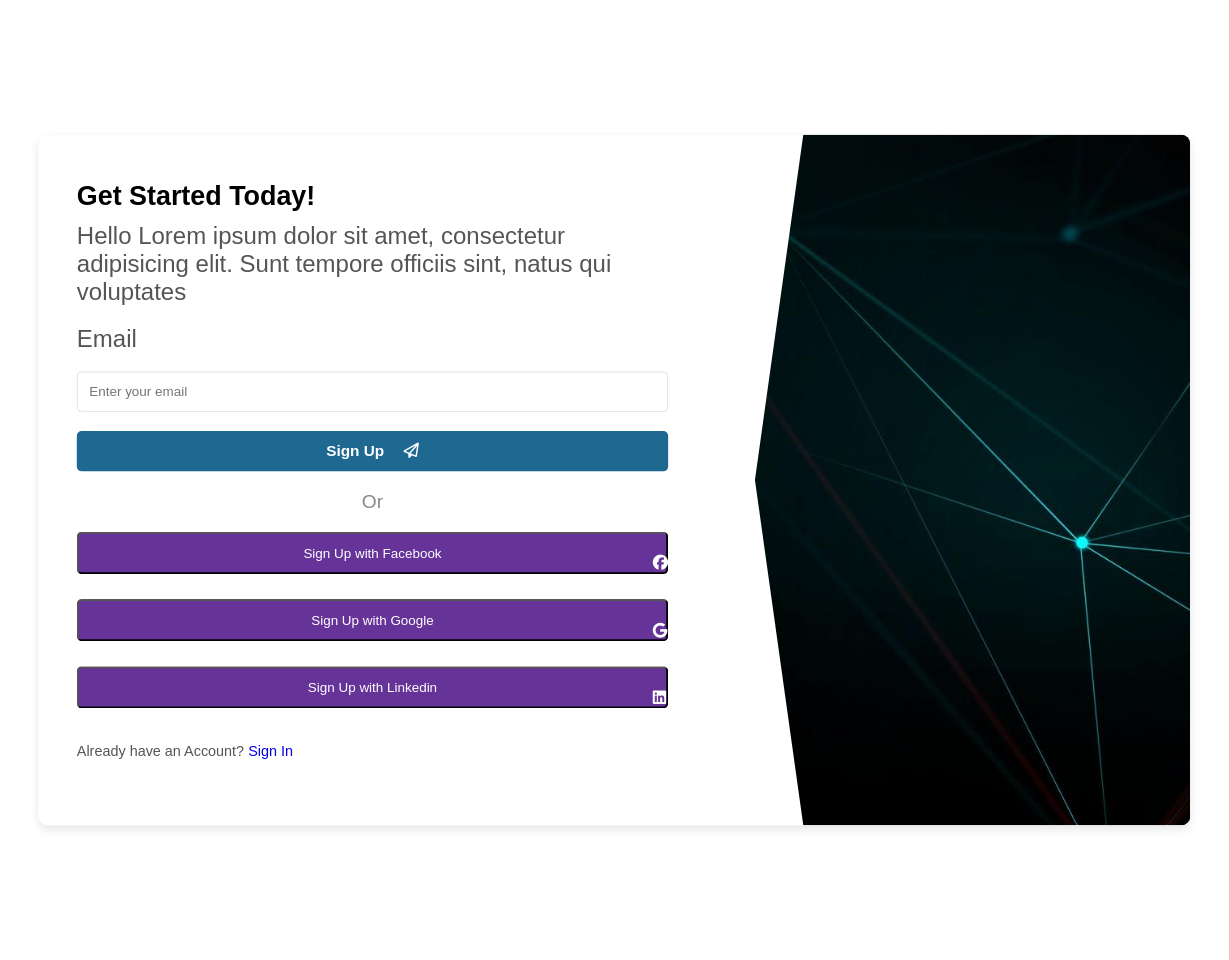
Repository: Femi007-gh/Login-V2
Page: index.html
These files come from the project's save history. The page is drawn as it stood at one moment and after the next save; the edit follows.
The browser window is 1280 px wide. The pictures show the whole page, at 96% of full size.

Above is the page before, as saved 2025-01-27 15:29:29.

### index.html
<html>
    <head>
        <title>Login-interface</title>
  <link rel="stylesheet" href="style.css">
  <link rel="stylesheet" href="https://cdnjs.cloudflare.com/ajax/libs/font-awesome/6.5.0/css/all.min.css">
    </head>
    <body>
        <div class="container">
            <div class="left-session">
                <div class="form-container">
                    <h1>Get Started Today!</h1>
                    <p> Hello Lorem ipsum dolor sit amet, consectetur adipisicing elit. Sunt tempore officiis sint, natus qui voluptates </p>
                    <form>
                        <div class="input-group">
                            <p>Email</p>
                            <input type="email" id="email" placeholder="Enter your email" required>
                        </div>
                        <button class="primary-btn" type="submit">Sign Up<i class="fa-regular fa-paper-plane"></i></button>
                    </form>
                    <p class="divider">Or</p>
                    <div class="social-buttons">
                        <button class="social-btn facebook-btn">
                            Sign Up with Facebook
                        </button>
                        <i class="fa-brands fa-facebook"></i>
                        <button class="social-btn google-btn">
                            Sign Up with Google
                        </button>
                        <i class="fa-brands fa-google"></i>
                        <button class="social-btn Linkedin-btn">
                            Sign Up with Linkedin
                        </button>
                        <i class="fa-brands fa-linkedin"></i>
                    </div>
                    <p class="signin-text">Already have an Account? <a href="#">Sign In</a></p>
                </div>
            </div>
            <div class="right-section"></div>
        </div>
    </body>
</html>

### style.css
* {
   padding: 0;
   margin: 0;
   box-sizing: border-box;
}

body {
    font-family: sans-serif;
    background-color: #fff;
    display: flex;
    justify-content: center;
    align-items: center;
    height: 1000px;
}

.container {
  display: flex;
  max-width: 1200px;
  width: 100%;
  background-color: #fff;
  border-radius: 10px;
  overflow: hidden;
  box-shadow: 0 4px 10px rgba(0, 0, 0, 0.1);
}

.left-session {
  flex: 1;
  padding: 40px;
  display: flex;
  justify-content: center;
  align-items: center;
}

h1 {
  font-size: 28px;
  font-weight: bold;
  margin-bottom: 10px;
}

p {
  font-size: 14px;
  color: #555;
  margin-bottom: 20px;
}

.input-group {
  margin-bottom: 20px;
}

.input-group input {
  width: 100%;
  padding: 12px;
  font-size: 14px;
  border: 1px solid #dddd;
  border-radius: 5px;
}

.primary-btn {
  width: 100%;
  padding: 12px;
  background-color: #1F6891;
  color: white;
  border: none;
  border-radius: 5px;
  font-size: 16px;
  font-weight: bold;
  cursor: pointer;
}

.primary-btn:hover {
  background-color: #005a8c;
}

.divider {
  font-size: 20px;
  color: #888;
  margin: 20px 0;
  text-align: center;
}

.social-buttons {
  display: flex;
  flex-direction: column;
  gap: 10px;
}

.social-btn {
  width: 100%;
  padding: 12px;
  font-size: 14px;
  border-radius: 5px;
  color: white;
  display: flex;
  align-items: center;
  justify-content: center;
  background-color: rebeccapurple;
}

.signin-text {
  font-size: 15px;
  margin-top: 20px;
}

.signin-text a {
  text-decoration: none;
}

.right-section {
  flex: 1;
  background: url(ART.jpg) no-repeat center center/cover;
  clip-path: polygon(20% 0%, 100% 0%, 100% 100%, 20% 100%, 10% 50%);
  height: 100vh; /* Adjust height as needed */
}

.fa-brands {
  margin-left: 600px;
  margin-top: -30px;
  margin-bottom: 20px;
  color: white;
}

.fa-regular {
  margin-left: 20px;
}

p {
  font-size: 25px;
}

.signin-text {
  font-size:
}

After the next save:
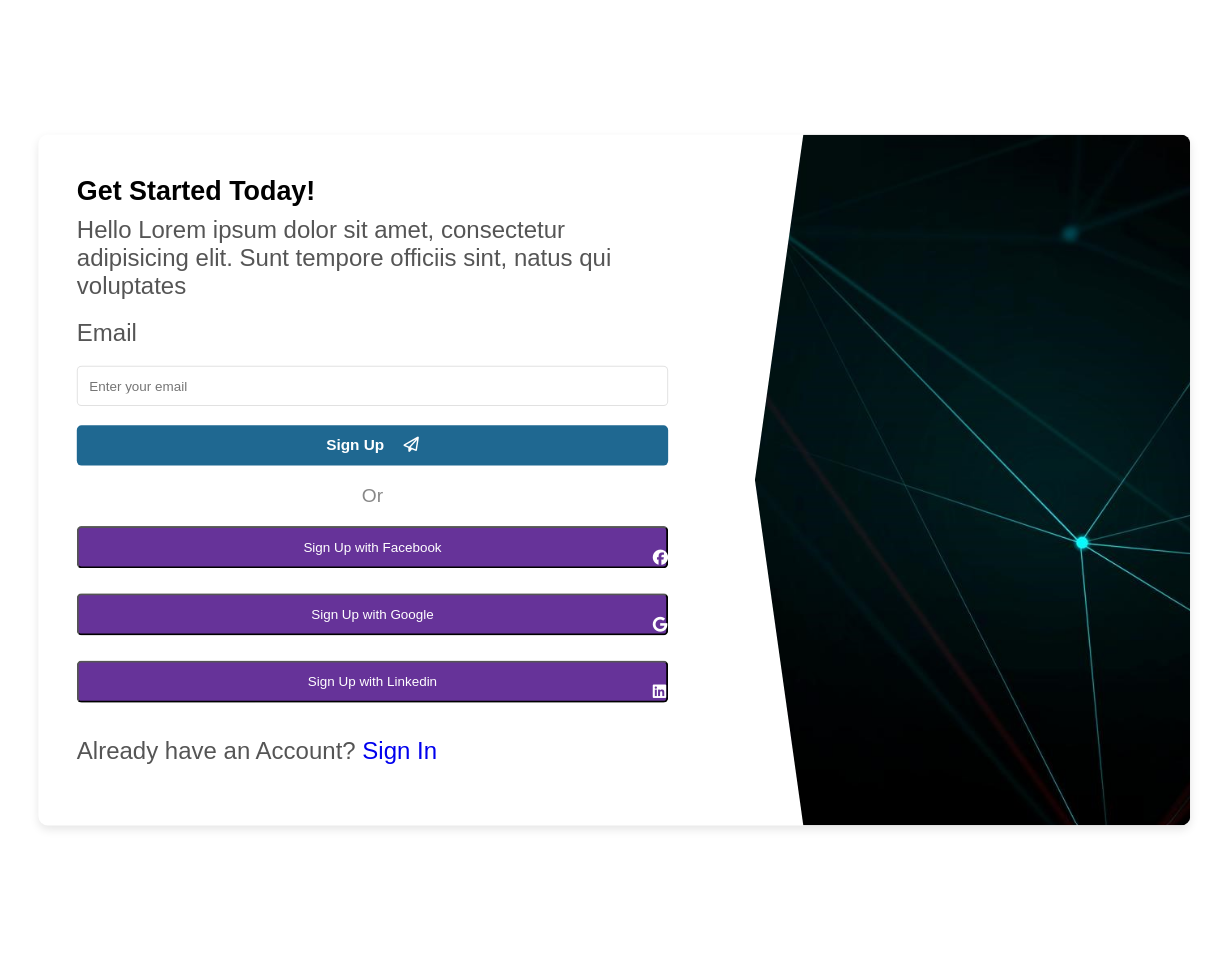
Saved 4 s later.
--- a/style.css
+++ b/style.css
@@ -128,5 +128,5 @@ p {
 }
 
 .signin-text {
-  font-size:
+  font-size: 25px;
 }
